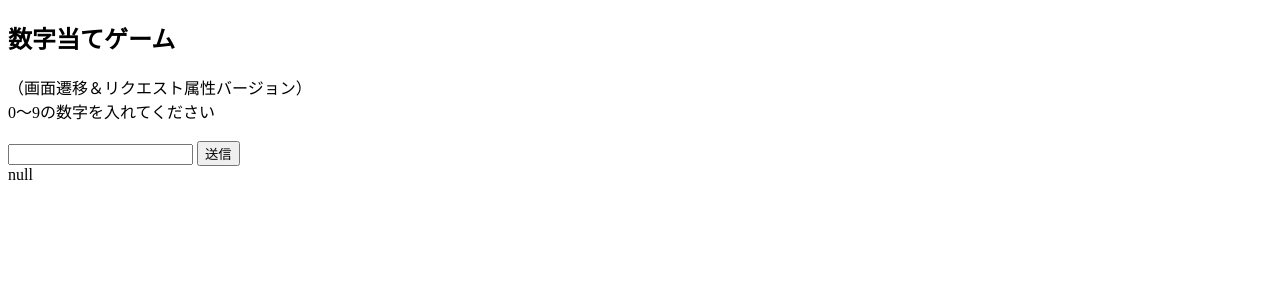
Repository: testsen/servlet
Page: http://localhost/basic/reqattr/guess.jsp
These files come from the project's save history. The page is drawn as it stood at one moment and after the next save; the edit follows.
The browser window is 1280 px wide. The pictures show the whole page.
The page is served by Tomcat 9. Other server files are loaded and not shown.

Above is the page before, as saved 2018-12-24 10:00:30.

### basic/reqattr/guess.jsp
<%@ page language="java" contentType="text/html; charset=UTF-8"
    pageEncoding="UTF-8"%>
<!DOCTYPE html>
<html>
<head>
<meta charset="UTF-8">
<title>Insert title here</title>
</head>
<body>

<H2>数字当てゲーム</H2>

（画面遷移＆リクエスト属性バージョン）<br>
0～9の数字を入れてください<br>
<br>
<form action="../servlet/GuessServlet2">
<input type="text" name="number">
<input type="submit" value="送信">
</form>

<%
String result =  (String)request.getAttribute("result");
out.print(result);
%>


</body>
</html>

After the next save:
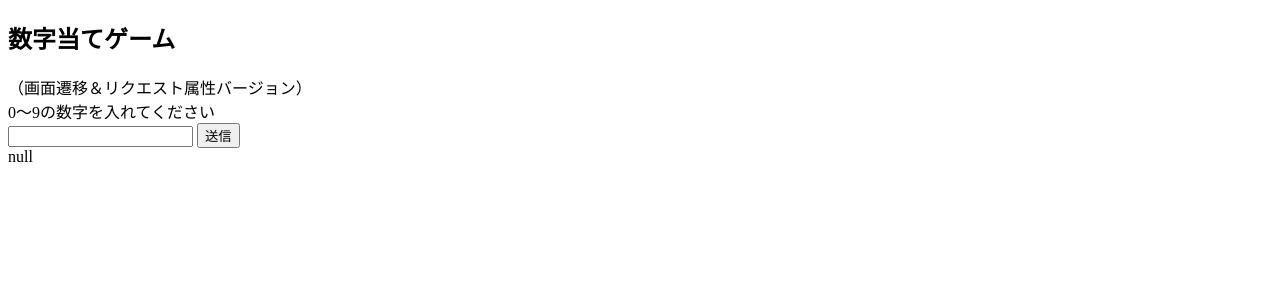
Saved 12 s later.
--- a/basic/reqattr/guess.jsp
+++ b/basic/reqattr/guess.jsp
@@ -11,8 +11,7 @@
 <H2>数字当てゲーム</H2>
 
 （画面遷移＆リクエスト属性バージョン）<br>
-0～9の数字を入れてください<br>
-<br>
+0～9の数字を入れてください
 <form action="../servlet/GuessServlet2">
 <input type="text" name="number">
 <input type="submit" value="送信">
